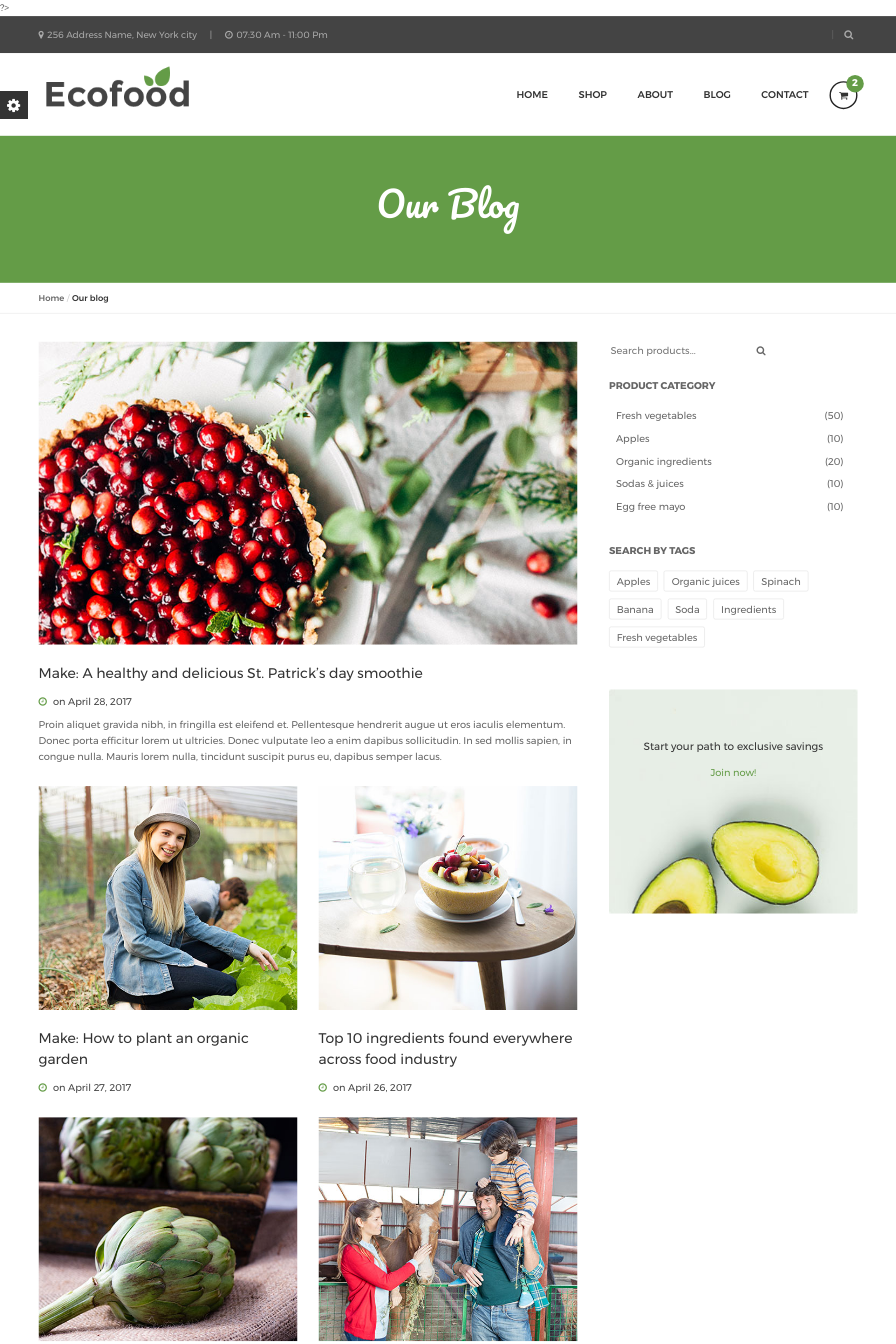
Repository: riteshyadav7878/ecofood
Page: http://localhost/blog-list-with-sidebar-2.php
These files come from the project's save history. The page is drawn as it stood at one moment and after the next save; the edit follows.
The browser window is 1280 px wide. The pictures show the part of the page from y = 0 to 1920 px (the page is 2660 px tall before and 2713 px after), at 70% of full size.
The page is run by PHP 8.4 with error messages shown; the project is at /var/www/html/. The session is filled in as if someone had signed in: {"username": "testuser", "user_id": 1}. Other server files are loaded and not shown.

Above is the page before, as saved 2024-09-09 17:36:25.

### blog-list-with-sidebar-2.php
<?php
session_start();
include 'conn.php';
// Check if the user is logged in
if (!isset($_SESSION['username'])) {
    // Redirect to login page if the user is not logged in
    header("Location: login.php");
    exit();
}
?>

?>

<!DOCTYPE html>
<html class="no-js" lang="en">
<head>
    <meta charset="UTF-8">
    <title>Blog list with sidebar 1 - Ecofood html5 templates</title>
    <meta name="description" content="Ecofood theme template">
    <meta name="author" content="AuCreative">
    <meta name="keywords" content="Ecofood theme template">
    <meta name="viewport" content="width=device-width, initial-scale=1">
    <link href="fonts/fonts.css" rel="stylesheet">
    <link href="vendor/font-awesome/css/font-awesome.min.css" rel="stylesheet">
    <link href="vendor/bootstrap/dist/css/bootstrap.min.css" rel="stylesheet">
    <link href="vendor/css-hamburgers/dist/hamburgers.min.css" rel="stylesheet">
    <link href="vendor/malihu-custom-scrollbar-plugin/jquery.mCustomScrollbar.css" rel="stylesheet">
    <link href="vendor/animate.css/animate.min.css" rel="stylesheet">
    <link href="css/main.css" rel="stylesheet">
    <link href="css/switcher.css" rel="stylesheet">
    <link href="css/colors/green.css" rel="stylesheet" id="colors">
    <link href="css/retina.css" rel="stylesheet">
    <link rel="shortcut icon" href="favicon.png">
    <link rel="apple-touch-icon" href="apple-touch-icon.png">
    <link rel="apple-touch-icon" sizes="72x72" href="apple-touch-icon-72x72.png">
    <link rel="apple-touch-icon" sizes="114x114" href="apple-touch-icon-114x114.html">
    <style>
        /* Style for the popup */
        .popup {
            display: none;
            position: fixed;
            left: 0;
            top: 0;
            width: 100%;
            height: 100%;
            background: rgba(0, 0, 0, 0.8);
            z-index: 1000;
            justify-content: center;
            align-items: center;
        }
        .popup-content {
            background: #fff;
            padding: 20px;
            border-radius: 5px;
            position: relative;
        }
        .popup img {
            max-width: 100%;
            height: auto;
        }
        .popup-close {
            position: absolute;
            top: 10px;
            right: 10px;
            font-size: 20px;
            cursor: pointer;
        }
    </style>
</head>
<body>

<div class="page-loader">
    <div class="loader"></div>
</div>
<div id="switcher">
    <span class="switcher-cog"></span>
    <div class="mCustomScrollbar" data-mcs-theme="minimal-dark">
        <a class="btn-buy" href="https://themeforest.net/cart/add_items?item_ids=20283248&amp;ref=authemes" target="_blank">Buy Now</a>
        <div class="clearfix"></div>
        <div class="m-b-50"></div>
        <span class="sw-title">Main Colors:</span>
        <ul id="tm-color">
            <li class="color1"></li>
            <li class="color2"></li>
            <li class="color3"></li>
            <li class="color4"></li>
            <li class="color5"></li>
            <li class="color6"></li>
            <li class="color7"></li>
        </ul>
        <div class="m-b-50"></div>
        <span class="sw-title">HomePage Layout</span>
        <ul class="demo-homepage">
            <li>
                <a href="index.php">
                    <img src="images/home_1.jpg" alt />
                </a>
                <img class="popup-demo-homepage" src="images/home_1.jpg" alt="Image" />
            </li>
            <!-- Add more layout options here -->
        </ul>
    </div>
</div>
<header>
    <div class="section dark-background">
        <div class="container">
            <div class="header-2">
                <div class="header-left">
                    <p>
                        <i class="fa fa-map-marker"></i>256 Address Name, New York city
                        <span>|</span>
                        <i class="fa fa-clock-o"></i>07:30 Am - 11:00 Pm
                    </p>
                </div>
                <div class="header-right">
                    <span class="divider">|</span>
                    <div class="header-search">
                        <button class="fa fa-search"></button>
                        <div class="search-box">
                            <input type="text" placeholder="Search..." />
                        </div>
                    </div>
                </div>
            </div>
        </div>
    </div>
</header>
<?php include 'Navbar.php'; ?>

<section>
    <div class="section primary-color-background">
        <div class="container">
            <div class="p-t-70 p-b-85">
                <div class="heading-page-1">
                    <h3>Our Blog</h3>
                </div>
            </div>
        </div>
    </div>
    <div class="section border-bottom-grey">
        <div class="container">
            <div class="breadcrumb-1">
                <ul>
                    <li>
                        <a href="index.php">Home</a>
                    </li>
                    <li>
                        <a href="blog-list-with-sidebar-1.php">Our blog</a>
                    </li>
                </ul>
            </div>
        </div>
    </div>
</section>
<div class="page-content blog-list-page-1 p-t-40 p-b-100">
    <div class="container">
        <div class="row">
            <div class="col-md-4 col-md-push-8">
                <div class="p-l-15 page-sidebar">
                    <div class="search-widget-1">
                        <form class="search-form">
                            <input class="input-text" type="text" placeholder="Search products... " />
                            <span class="underline"></span>
                            <button class="input-submit fa fa-search" type="submit"></button>
                        </form>
                    </div>
                    <div class="m-t-30">
                        <div class="product-category-widget-1">
                            <div class="heading-widget">
                                <h3>PRODUCT CATEGORY</h3>
                            </div>
                            <ul class="product-category-list">
                                <li>
                                    <a href="#">Fresh vegetables</a>
                                    <span class="totals">(50)</span>
                                </li>
                                <li>
                                    <a href="#">Apples</a>
                                    <span class="totals">(10)</span>
                                </li>
                                <li>
                                    <a href="#">Organic ingredients</a>
                                    <span class="totals">(20)</span>
                                </li>
                                <li>
                                    <a href="#">Sodas & juices</a>
                                    <span class="totals">(10)</span>
                                </li>
                                <li>
                                    <a href="#">Egg free mayo</a>
                                    <span class="totals">(10)</span>
                                </li>
                            </ul>
                        </div>
                    </div>
                    <div class="m-t-40">
                        <div class="tags-widget-1">
                            <div class="heading-widget">
                                <h3>SEARCH BY TAGS</h3>
                            </div>
                            <ul class="tags-list">
                                <li>
                                    <a href="#">Apples</a>
                                </li>
                                <li>
                                    <a href="#">Organic juices</a>
                                </li>
                                <li>
                                    <a href="#">Spinach</a>
                                </li>
                                <li>
                                    <a href="#">Banana</a>
                                </li>
                                <li>
                                    <a href="#">Soda</a>
                                </li>
                                <li>
                                    <a href="#">Ingredients</a>
                                </li>
                                <li>
                                    <a href="#">Fresh vegetables</a>
                                </li>
                            </ul>
                        </div>
                    </div>
                    <div class="m-t-50 m-b-30">
                        <div class="banner-widget-1">
                            <img src="images/sidebar-banner-01.jpg" alt="sidebar banner" />
                            <div class="banner-content">
                                <p>Start your path to exclusive savings</p>
                                <a href="#">Join now!</a>
                            </div>
                        </div>
                    </div>
                </div>
            </div>
            <div class="col-md-8 col-md-pull-4">
                <div class="blog-item-1">
                    <div class="blog-item-image">
                        <a href="#">
                            <img src="images/blog-item-04.jpg" alt="Make: A healthy and delicious St. Patrick’s day smoothie" />
                        </a>
                    </div>
                    <div class="blog-item-title">
                        <h3 class="title">
                            <a href="#">Make: A healthy and delicious St. Patrick’s day smoothie</a>
                        </h3>
                    </div>
                    <p class="blog-item-date">
                        <i class="fa fa-clock-o"></i>
                        <span>on April 28, 2017</span>
                    </p>
                    <p class="blog-item-content">Proin aliquet gravida nibh, in fringilla est eleifend et. Pellentesque hendrerit augue ut eros iaculis elementum. Donec porta efficitur lorem ut ultricies. Donec vulputate leo a enim dapibus sollicitudin. In sed mollis sapien, in congue nulla. Mauris lorem nulla, tincidunt suscipit purus eu, dapibus semper lacus.</p>
                </div>
                <div class="row">
                    <div class="col-md-6">
                        <div class="blog-item-1">
                            <div class="blog-item-image">
                                <a href="#">
                                    <img src="images/blog-item-05.jpg" alt="Make: How to plant an organic garden" />
                                </a>
                            </div>
                            <div class="blog-item-title">
                                <h3 class="title">
                                    <a href="#">Make: How to plant an organic garden</a>
                                </h3>
                            </div>
                            <p class="blog-item-date">
                                <i class="fa fa-clock-o"></i>
                                <span>on April 27, 2017</span>
                            </p>
                        </div>
                    </div>
                    <div class="col-md-6">
                        <div class="blog-item-1">
                            <div class="blog-item-image">
                                <a href="#">
                                    <img src="images/blog-item-06.jpg" alt="Top 10 ingredients found everywhere across food industry" />
                                </a>
                            </div>
                            <div class="blog-item-title">
                                <h3 class="title">
                                    <a href="#">Top 10 ingredients found everywhere across food industry</a>
                                </h3>
                            </div>
                            <p class="blog-item-date">
                                <i class="fa fa-clock-o"></i>
                                <span>on April 26, 2017</span>
                            </p>
                        </div>
                    </div>
                    <div class="col-md-6">
                        <div class="blog-item-1">
                            <div class="blog-item-image">
                                <a href="#">
                                    <img src="images/blog-item-07.jpg" alt="Change: Recycle K-Cups in the garden!" />
                                </a>
                            </div>
                            <div class="blog-item-title">
                                <h3 class="title">
                                    <a href="#">Change: Recycle K-Cups in the garden!</a>
                                </h3>
                            </div>
                            <p class="blog-item-date">
                                <i class="fa fa-clock-o"></i>
                                <span>on April 25, 2017</span>
                            </p>
                        </div>
                    </div>
                    <div class="col-md-6">
                        <div class="blog-item-1">
                            <div class="blog-item-image">
                                <a href="#">
                                    <img src="images/blog-item-08.jpg" alt="News: We’re on YouTube!" />
                                </a>
                            </div>
                            <div class="blog-item-title">
                                <h3 class="title">
                                    <a href="#">News: We’re on YouTube!</a>
                                </h3>
                            </div>
                            <p class="blog-item-date">
                                <i class="fa fa-clock-o"></i>
                                <span>on April 24, 2017</span>
                            </p>
                        </div>
                    </div>
                </div>
                <div class="m-t-50">
                    <div class="pagination-widget-1">
                        <ul class="pagination-list">
                            <li class="prev">
                                <a href="#">
                                    <i class="fa fa-angle-left"></i>
                                    <span>Previous</span>
                                </a>
                            </li>
                            <li class="item active">
                                <a href="#">
                                    <span>1</span>
                                </a>
                            </li>
                            <li class="item">
                                <a href="#">
                                    <span>2</span>
                                </a>
                            </li>
                            <li class="item">
                                <a href="#">
                                    <span>3</span>
                                </a>
                            </li>
                            <li class="next">
                                <a href="#">
                                    <span>Next</span>
                                    <i class="fa fa-angle-right"></i>
                                </a>
                            </li>
                        </ul>
                    </div>
                </div>
            </div>
        </div>
    </div>
</div>

<!-- Popup HTML -->
<div id="popup" class="popup">
    <div class="popup-content">
        <span class="popup-close">&times;</span>
        <img id="popup-img" src="" alt="Popup Image">
        <p id="popup-caption"></p>
    </div>
</div>

<?php include 'Footer.php'; ?>

<div id="up-to-top">
    <i class="fa fa-angle-up"></i>
</div>

<script src="vendor/jquery/dist/jquery.min.js"></script>
<script src="vendor/bootstrap/dist/js/bootstrap.min.js"></script>
<script src="vendor/retinajs/dist/retina.min.js"></script>
<script src="vendor/SmoothScroll/SmoothScroll.js"></script>
<script src="js/switcher-custom.js"></script>
<script src="js/main.js"></script>
<script>
    // Function to open the popup
    function openPopup(src, caption) {
        var popup = document.getElementById('popup');
        var popupImg = document.getElementById('popup-img');
        var popupCaption = document.getElementById('popup-caption');
        popup.style.display = 'flex';
        popupImg.src = src;
        popupCaption.textContent = caption;
    }

    // Function to close the popup
    function closePopup() {
        var popup = document.getElementById('popup');
        popup.style.display = 'none';
    }

    // Add event listener to close the popup when clicking the close button
    document.querySelector('.popup-close').addEventListener('click', closePopup);

    // Add event listener to close the popup when clicking outside the popup content
    document.getElementById('popup').addEventListener('click', function(e) {
        if (e.target === this) {
            closePopup();
        }
    });

    // Add event listeners to blog item images
    document.querySelectorAll('.blog-item-image a').forEach(function(link) {
        link.addEventListener('click', function(e) {
            e.preventDefault(); // Prevent the default link behavior
            var img = this.querySelector('img');
            openPopup(img.src, img.alt);
        });
    });
</script>
</body>
</html>

### conn.php
<?php
$servername = "localhost";  // Replace with your server details
$username = "root";         // Replace with your database username
$password = "";             // Replace with your database password
$dbname = "ecofood";  // Replace with your database name

// Create connection
$conn = new mysqli($servername, $username, $password, $dbname);

// Check connection
if ($conn->connect_error) {
    die("Connection failed: " . $conn->connect_error);
}
// echo "Connected successfully";
?>

### Footer.php
<footer>

<div class="footer-1 footer-2">
<div class="container">
<div class="row">
<div class="col-md-4 col-sm-4">
<div class="footer-introduce">
<div class="footer-logo">
<img src="images/icons/ic-logo-02.png" alt="logo ecofood" />
</div>
<div class="footer-intro">
<p>In vel auctor nunc, ut sodales tortor. Fusce venenatis sit amet mauris sed venenatis. Maecenas eu urna vitae ligula ornare eleifend in a lorem.</p>
</div>
</div>
</div>
<div class="col-md-4 col-sm-4">
<div class="footer-services">
<div class="footer-heading">
<h3>CUSTOMER SERVICES</h3>
</div>
<div class="row">
<div class="col-md-6">
<ul>
<li>
<a href="#">Product recall notices</a>
</li>
<li>
<a href="#">Order information</a>
</li>
<li>
<a href="#">Shipping & returns</a>
</li>
</ul>
</div>
<div class="col-md-6">
<ul>
<li>
<a href="#">Privacy policy</a>
</li>
<li>
<a href="#">Terms & conditions</a>
</li>
<li>
<a href="#">FAQs</a>
</li>
</ul>
</div>
</div>
</div>
</div>
<div class="col-md-4 col-sm-4">
<div class="footer-contact">
<div class="footer-heading">
<h3>CONTACT US</h3>
</div>
<ul>
<li>
<i class="fa fa-map-marker"></i>
<span>256 address name, New York city</span>
</li>
<li>
<i class="fa fa-clock-o"></i>
<span>7:30 Am - 11:00 Pm. Monday - Sunday</span>
</li>
<li>
<i class="fa fa-phone"></i>
<span>(044) 359 0173</span>
</li>
</ul>
</div>
</div>
</div>
<div class="footer-bottom">
<div class="footer-copyright">
<p>© 2017 Designed by AuThemes. All rights reserved.</p>
</div>
<ul class="footer-socials">
<li>
<a class="fa fa-facebook" href="#"></a>
</li>
<li>
<a class="fa fa-google-plus" href="#"></a>
</li>
<li>
<a class="fa fa-youtube" href="#"></a>
</li>
</ul>
</div>
</div>
</div>

</footer>

### fonts/fonts.css
@font-face{font-family:montserrat;font-style:normal;font-weight:200;src:url(Montserrat-normal-200.woff) format('woff');unicode-range:U+0-10FFFF}@font-face{font-family:montserrat;font-style:normal;font-weight:300;src:url(Montserrat-normal-300.woff) format('woff');unicode-range:U+0-10FFFF}@font-face{font-family:montserrat;font-style:normal;font-weight:400;src:url(Montserrat-normal-400.woff) format('woff');unicode-range:U+0-10FFFF}@font-face{font-family:montserrat;font-style:normal;font-weight:500;src:url(Montserrat-normal-500.woff) format('woff');unicode-range:U+0-10FFFF}@font-face{font-family:montserrat;font-style:normal;font-weight:600;src:url(Montserrat-normal-600.woff) format('woff');unicode-range:U+0-10FFFF}@font-face{font-family:montserrat;font-style:normal;font-weight:700;src:url(Montserrat-normal-700.woff) format('woff');unicode-range:U+0-10FFFF}@font-face{font-family:montserrat;font-style:normal;font-weight:800;src:url(Montserrat-normal-800.woff) format('woff');unicode-range:U+0-10FFFF}@font-face{font-family:montserrat;font-style:normal;font-weight:900;src:url(Montserrat-normal-900.woff) format('woff');unicode-range:U+0-10FFFF}@font-face{font-family:montserrat;font-style:italic;font-weight:100;src:url(Montserrat-italic-100.woff) format('woff');unicode-range:U+0-10FFFF}@font-face{font-family:montserrat;font-style:italic;font-weight:200;src:url(Montserrat-italic-200.woff) format('woff');unicode-range:U+0-10FFFF}@font-face{font-family:montserrat;font-style:italic;font-weight:300;src:url(Montserrat-italic-300.woff) format('woff');unicode-range:U+0-10FFFF}@font-face{font-family:montserrat;font-style:italic;font-weight:400;src:url(Montserrat-italic-400.woff) format('woff');unicode-range:U+0-10FFFF}@font-face{font-family:montserrat;font-style:italic;font-weight:500;src:url(Montserrat-italic-500.woff) format('woff');unicode-range:U+0-10FFFF}@font-face{font-family:montserrat;font-style:italic;font-weight:600;src:url(Montserrat-italic-600.woff) format('woff');unicode-range:U+0-10FFFF}@font-face{font-family:montserrat;font-style:italic;font-weight:700;src:url(Montserrat-italic-700.woff) format('woff');unicode-range:U+0-10FFFF}@font-face{font-family:montserrat;font-style:italic;font-weight:800;src:url(Montserrat-italic-800.woff) format('woff');unicode-range:U+0-10FFFF}@font-face{font-family:montserrat;font-style:italic;font-weight:900;src:url(Montserrat-italic-900.woff) format('woff');unicode-range:U+0-10FFFF}@font-face{font-family:pacifico;font-style:normal;font-weight:400;src:url(Pacifico-normal-400.woff) format('woff');unicode-range:U+0-10FFFF}

### css/retina.css
@media all and (-webkit-min-device-pixel-ratio:1.5){}

Loaded but not shown: css/main.css (library); css/colors/green.css (library); js/modernizr-custom.js (library); js/main.js (8 lines, source omitted); js/owl-custom.js (2 lines, source omitted); js/revo-slider-custom.js (2 lines, source omitted); js/switcher-custom.js (1 lines, source omitted); Unavbar.php (224 lines, source omitted); Navbar.php (178 lines, source omitted); css/switcher.css (1 lines, source omitted)

After the next save:
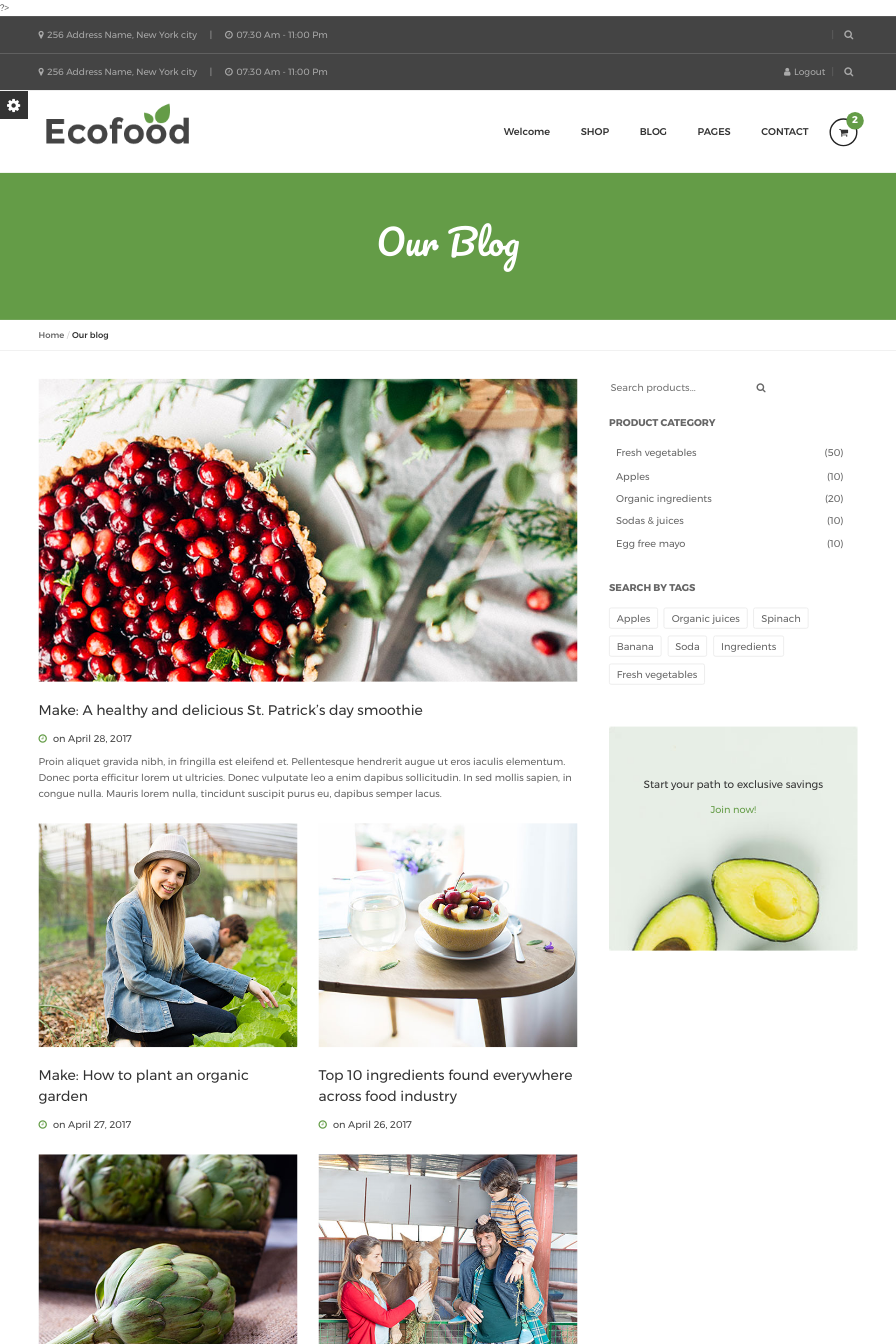
Saved 17 s later.
--- a/blog-list-with-sidebar-2.php
+++ b/blog-list-with-sidebar-2.php
@@ -125,7 +125,7 @@ if (!isset($_SESSION['username'])) {
         </div>
     </div>
 </header>
-<?php include 'Navbar.php'; ?>
+<?php include 'Unavbar.php'; ?>
 
 <section>
     <div class="section primary-color-background">
